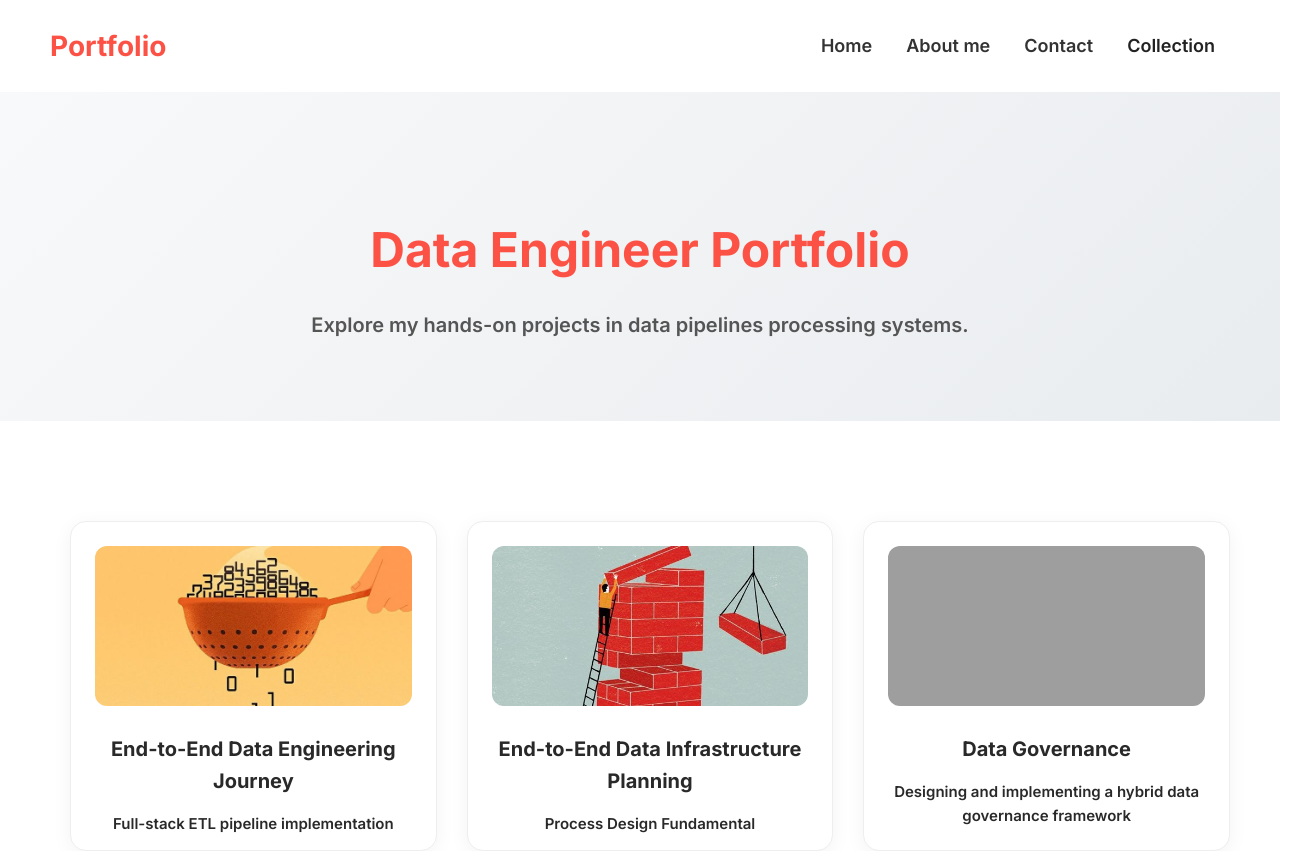
Repository: Wipas1919/Archive-portfolio
Page: projects/data-engineer.html
An editor plug-in stored every save of this project. The page is shown before and after the next save, followed by the edit.
The browser window is 1280 px wide. The page is 1300 px wide, so the pictures cover 1300 px, including what lies to the right of the window. The pictures show the whole page.
Pictures or frames that could not be fetched are drawn as grey boxes.

Above is the page before, as saved 2025-06-01 20:51:40.

### projects/data-engineer.html
<!-- Cleaned and updated on 2025-05-25 -->
<!DOCTYPE html>
<html lang="en">
<head>
  <meta charset="UTF-8" />
  <meta name="viewport" content="width=device-width, initial-scale=1.0"/>
  <title>Data Engineer | Portfolio</title>
  <link href="https://fonts.googleapis.com/css2?family=Inter:wght@600;700&display=swap" rel="stylesheet">
  <link rel="stylesheet" href="../style/main.css">
  <style>
    body {
      font-family: 'Inter', sans-serif;
    }
    .cover {
      background: linear-gradient(135deg, #f8f9fa, #e9ecef);
      padding: 80px 20px;
      text-align: center;
    }
    .cover h1 {
      font-size: 48px;
      color: #fc5246;
      margin-bottom: 20px;
    }
    .cover p {
      font-size: 20px;
      color: #555;
      max-width: 700px;
      margin: 0 auto;
    }

    .project-cards h3 {
      text-align: center;
      font-size: 28px;
      margin-top: 60px;
      margin-bottom: 30px;
    }

    .card-grid {
      display: grid;
      grid-template-columns: repeat(auto-fit, minmax(280px, 1fr));
      gap: 30px;
      padding: 0 20px;
    }

    .card {
      display: block;
      background: #fff;
      border-radius: 16px;
      box-shadow: 0 4px 20px rgba(0, 0, 0, 0.05);
      padding: 24px;
      text-align: center;
      transition: transform 0.3s;
      text-decoration: none !important;
      color: inherit !important;
      cursor: pointer;
    }

    .card:hover {
      transform: translateY(-5px);
    }

    .card img {
      width: 100%;
      height: 160px;
      object-fit: cover;
      border-radius: 12px;
      margin-bottom: 16px;
    }

    .card h4 {
      font-size: 20px;
      margin-bottom: 8px;
      color: #222;
    }

    .card p {
      color: #666;
      font-size: 15px;
    }

    /* Make sure visited or active links do not change color or show underline */
    .card:visited,
    .card:hover,
    .card:focus,
    .card:active,
    .card *,
    .card *:visited,
    .card *:hover,
    .card *:focus,
    .card *:active {
      color: inherit !important;
      text-decoration: none !important;
    }

    .dropdown-wrapper {
      position: relative;
      display: inline-block;
    }

    .dropbtn {
      font-weight: 600;
      cursor: pointer;
      color: #222;
      text-decoration: none;
      margin-left: 15px;
    }

    .dropdown-content {
      display: none;
      position: absolute;
      top: 100%;
      right: 0;
      background-color: #ffffff;
      min-width: 220px;
      border-radius: 12px;
      box-shadow: 0 10px 25px rgba(0, 0, 0, 0.08);
      overflow: hidden;
      padding: 10px 0;
      z-index: 999;
    }

    .dropdown-wrapper:hover .dropdown-content {
      display: block;
    }

    .dropdown-content a {
      display: block;
      padding: 12px 20px;
      color: #222;
      text-decoration: none;
      font-size: 15px;
      transition: background-color 0.2s ease, color 0.2s ease;
    }

    .dropdown-content a:hover {
      background-color: #eaeaea;
      color: #fd3a2d;
    }
  </style>
</head>
<body>
  <div id="page-loader"><div class="spinner"></div></div>

  <header>
    <div class="container">
      <h1 class="logo" style="font-family: 'Inter', sans-serif; font-weight: 700; font-size: 28px; color: #fc5246;">Portfolio</h1>
      <nav class="nav-right">
        <a href="../index.html">Home</a>
        <a href="../index.html#about">About me</a>
        <a href="../index.html#contact">Contact</a>
        <div class="dropdown-wrapper">
          <a href="#" class="dropbtn">Collection</a>
          <div class="dropdown-content">
            <a href="data-engineer.html">Data Engineer</a>
            <a href="business-analysis.html">Business Analysis</a>
            <a href="bi-solutions.html">Business Intelligent</a>
            <a href="strategic-data.html">Data-Driven</a>
            <a href="cloud-cert.html">Certification</a>
            <a href="data-integration.html">Data Product</a>
          </div>
        </div>
      </nav>
    </div>
  </header>

  <!-- Cover / Hero Section -->
  <section class="cover">
    <h1>Data Engineer Portfolio</h1>
    <p>Explore my hands-on projects in data pipelines processing systems.</p>
  </section>

  <!-- Project Cards Section -->
  <section class="project-cards container" id="project-cards">
    <div class="card-grid" id="card-container"></div>
  </section>

  <script>
    const cardsContainer = document.getElementById("card-container");
    const projectId = "data-engineer";

    fetch("../data/projects.json")
      .then(res => res.json())
      .then(data => {
        const p = data[projectId];
        if (!p || !p.projects?.length) {
          cardsContainer.innerHTML = "<p>No projects found.</p>";
          return;
        }
        cardsContainer.innerHTML = p.projects.map(proj => `
          <a href="project.html?id=${proj.slug}" class="card">
            <img src="${proj.image}" alt="${proj.title}" />
            <h4>${proj.title}</h4>
            <p>${proj.description}</p>
          </a>
        `).join("");
      })
      .catch(err => {
        cardsContainer.innerHTML = "<p>Error loading data.</p>";
        console.error(err);
      });
  </script>
</body>
</html>

### style/main.css
/* ตั้งค่าพื้นฐาน */
body {
  margin: 0;
  font-family: 'Poppins', sans-serif;
  background: #ffffff;
  color: #292929;
  line-height: 1.6;
  scroll-behavior: smooth;
  user-select: none;
  -webkit-user-select: none;
  -ms-user-select: none;
}

img {
  max-width: 100%;
  height: auto;
  display: block;
}

.container {
  width: 100%;
  max-width: 1200px;
  margin: 0 auto;
  padding: 0 50px; /* เพิ่ม padding ด้านข้าง */
}

@media screen and (max-width: 767px) {
  .container { padding: 0 16px; }
  .hero h2 { font-size: 36px; }
  .hero p { font-size: 18px; }
  .card-grid { grid-template-columns: 1fr; }
  nav a { font-size: 14px; }
  .hero-content { flex-direction: column; }
  .about-image img { width: 100%; }
}

@media screen and (min-width: 768px) and (max-width: 1024px) {
  .hero h2 { font-size: 48px; }
  .card-grid { grid-template-columns: repeat(2, 1fr); }
}

@media screen and (max-width: 480px) {
  h2, .section-title { font-size: 28px; }
  .hero h2 { font-size: 28px; }
  .hero p, .section-description, .about-text p, .card p { font-size: 16px; }
  .btn { padding: 10px 20px; font-size: 16px; }
}

/* Navbar */
header {
  background: #fff;
  padding: 5px 0;
  display: flex;
  justify-content: space-between;
  align-items: center;
  border-bottom: 0px solid #eee;
  position: sticky;
  top: 0;
  z-index: 100;
}

header .container {
  display: flex;
  align-items: center;
  justify-content: space-between;
}

.logo {
  font-family: 'Poppins', serif;
  font-size: 30px;
  color: #fc5246;
}

nav a {
  margin: 0 15px;
  color: #333;
  text-decoration: none;
  font-weight: 600;
  font-size: 18px;
}

nav a:hover {
  color: #fd3a2d;
}

/* ปุ่มหลักของเมนู dropdown */
.dropdown-wrapper {
  position: relative;
  display: inline-block;
}

.dropbtn {
  font-weight: 600;
  cursor: pointer;
  color: #222;
  transition: color 0.3s ease;
}

.dropbtn:hover {
  color: #fd3a2d;
}

/* เมนูที่แสดงเมื่อ hover */
.dropdown-content {
  display: none;
  position: absolute;
  top: 100%;
  right: 0;
  background-color: #ffffff;
  min-width: 220px;
  border-radius: 12px;
  box-shadow: 0 10px 25px rgba(0, 0, 0, 0.08);
  overflow: hidden;
  padding: 10px 0;
  z-index: 999;
}

/* แสดงเมื่อ hover */
.dropdown-wrapper:hover .dropdown-content {
  display: block;
}

/* ลิงก์ใน dropdown */
.dropdown-content a {
  display: block;
  padding: 12px 20px;
  color: #222;
  text-decoration: none;
  font-size: 15px;
  transition: background-color 0.2s ease, color 0.2s ease;
}

/* Hover effect ของลิงก์ */
.dropdown-content a:hover {
  background-color: #eaeaea;
  color: #fd3a2d;
}

.hero-animation {
  margin-top: 10px;
  display: flex;
  justify-content: right;
}

/* Hero Section */
.hero {
  position: relative;
  height: 60vh;
  display: flex;
  align-items: center;
  justify-content: center;
  flex-direction: column;
  text-align: center;
  background: #000000;
  color: #ffffff;
}

#hero-background {
  position: absolute;
  top: 0;
  left: 0;
  width: 100%;
  height: 100%;
  z-index: 0;
}

.hero-content {
  position: relative;
  z-index: 1;
  width: 100%;
  max-width: 1200px;
  padding-left: 5vw;
  padding-right: 5vw;
  text-align: left;
  align-items: flex-start;
}

.hero h2 {
  font-size: 60px;
  margin-bottom: 10px;
  line-height: 1.2;
  color: #ececec;
}

.hero p {
  font-size: 30px;
  margin-bottom: 30px;
  color: #ececec;
}

.btn, .hero .btn {
  display: inline-block;
  background: #fd3a2d;
  color: #fff;
  padding: 14px 36px;
  border-radius: 30px;
  text-decoration: none;
  font-weight: bold;
  font-size: 18px;
  transition: background 0.3s;
}

.btn:hover, .hero .btn:hover {
  background: #252525;
}

/* Sections */
section {
  padding: 100px 0;
  text-align: center;
}

/* About Section */
.about-grid {
  display: flex;
  align-items: center;
  justify-content: center;
  gap: 50px;
  flex-wrap: wrap;
}

.about-image img {
  width: 500px;
  height: auto;
  object-fit: cover;
  border-top-left-radius: 0;
  border-top-right-radius: 0;
  border-bottom-left-radius: 200px;
  border-bottom-right-radius: 200px;
}

.about-text {
  max-width: 500px;
  text-align: left;
}

.about-text h2 {
  margin-bottom: 20px;
}

.about-text p {
  font-size: 18px;
  color: #666;
}

/* Timeline */
.timeline-item {
  position: relative;
  margin-bottom: 30px;
}

.timeline-dot {
  width: 14px;
  height: 14px;
  background-color: #fd3a2d;
  border-radius: 50%;
  position: absolute;
  left: -8px;
  top: 0;
}

.timeline-content {
  margin-left: 20px;
}

.timeline-content h4 {
  margin: 0;
  font-size: 18px;
  color: #333;
  font-weight: 600;
}

.timeline-content p {
  margin: 5px 0 0;
  font-size: 16px;
  color: #666;
}

/* Projects Section */
#projects {
  margin-bottom: 10px;
}

.card-grid {
  display: grid;
  grid-template-columns: repeat(3, 1fr); /* สำคัญ: 3 คอลัมน์ */
  gap: 20px;
  margin-top: 100px;
}


.card {
  background: #ffffff;
  padding: 30px;
  border-radius: 12px;
  max-height: 280px;
  text-align: center;
  transition: box-shadow 0.3s;
  border: 1px solid #eee;
}

.card:hover {
  box-shadow: 0 8px 20px rgba(0, 0, 0, 0.1);
}

.card-icon img {
  width: 40px;
  height: 40px;
  margin-bottom: 20px;
}

.card h3 {
  font-size: 18px;
  margin-bottom: 15px;
  color: #333;
}

.card p {
  font-size: 16px;
  color: #666;
}

/* Contact Section */
.contact {
  background: rgba(255, 255, 255, 0.5); /* 1 = โปร่งแสง 50% */
  text-align: center;
}

.section-subtitle {
  text-transform: uppercase;
  font-size: 18px;
  letter-spacing: 1.5px;
  color: #4e4e4e;
  margin-bottom: 10px;
}

h2 {
  font-size: 36px;
  color: #292929
}


.section-title {
  font-size: 36px;
  margin-bottom: 10px;
  color: #2e2e2e;
}

.section-description {
  font-size: 18px;
  margin-bottom: 40px;
  color: #4e4e4e;
}

.contact-grid {
  display: grid;
  grid-template-columns: repeat(auto-fit, minmax(280px, 1fr));
  gap: 20px;
  margin-top: 40px;
}

.contact-card.glass {
  background: rgba(255, 255, 255, 0.15);
  backdrop-filter: blur(12px);
  -webkit-backdrop-filter: blur(12px);
  border-radius: 20px;
  padding: 24px;
  border: 1px solid rgba(255, 255, 255, 0.3);
  box-shadow: 0 8px 32px rgba(0, 0, 0, 0.1);
  transition: transform 0.3s ease, box-shadow 0.3s ease;
  text-align: center;
}

.contact-card.glass:hover {
  transform: scale(1.05);
  box-shadow: 0 12px 28px rgba(0, 0, 0, 0.15);
}

.contact-icon {
  display: flex;
  flex-direction: column;
  align-items: center;
  justify-content: center; /* 🔥 เพิ่มบรรทัดนี้เพื่อจัดไอคอนแนวดิ่ง */
  height: 100px; /* ✅ ปรับความสูงให้เหมาะสม */
  margin-bottom: 12px;
}


.contact-icon img {
  width: 48px;
  height: 48px;
  margin-bottom: 12px;
  transition: transform 0.3s ease;
}

.contact-card.glass:hover .contact-icon img {
  transform: scale(1.15);
}

/* Footer */
footer {
  background: #f5f5f5;
  padding: 20px 0;
  font-size: 14px;
  color: #4d4d4d;
}

.footer-container {
  display: flex;
  justify-content: space-between;
  align-items: center;
  flex-wrap: wrap;
}

.social-links {
  display: flex;
  gap: 20px;
}

.social-links a img {
  width: 30px;
  height: 30px;
  transition: transform 0.3s ease;
}

.social-links a img:hover {
  transform: scale(1.2);
}

#hero-background {
  position: absolute;
  top: 0;
  left: 0;
  height: 100%;
  width: 100%;
  z-index: 0;
  overflow: hidden;
}
.hero-content {
  position: relative;
  z-index: 1;
}

/* animation-data */
.hero-content {
  display: flex;
  justify-content: space-between;
  align-items: center;
  flex-wrap: wrap;
  gap: 40px;
}

.hero-text {
  flex: 1 1 55%;
}

.hero-animation {
  flex: 1 1 40%;
  display: flex;
  justify-content: center;
  align-items: center;
}

/* ===== Page Loader & Smooth Scroll ===== */
html{scroll-behavior:smooth;}

#page-loader{
  position:fixed;inset:0;display:grid;place-items:center;
  background:#ffffff;z-index:9999;opacity:1;
  transition:opacity .0.5s ease;
}
#page-loader .spinner{
  width:32px;height:32px;border:4px solid #e5e5e5;
  border-top-color:#ff694b;border-radius:50%;
  animation:spin .8s linear infinite;
}
@keyframes spin{to{transform:rotate(360deg)}}

body.loaded #page-loader{opacity:0;pointer-events:none;}
body.fade-out{opacity:0;transition:opacity .0.5s ease;}

@keyframes hideLoaderFallback{to{opacity:0;pointer-events:none;}}
#page-loader{animation:hideLoaderFallback 0.5s forwards 0.5s;}



/* ====  Reusable Card Component  ================================== */
.card {
  background: #ffffff;
  border: 1px solid #eee;
  border-radius: 12px;
  padding: 24px;
  text-align: center;
  box-shadow: 0 4px 12px rgba(0,0,0,.05);
  transition: transform .3s ease, box-shadow .3s ease;
}
.card:hover {
  transform: translateY(-6px);
  box-shadow: 0 12px 25px rgba(0,0,0,.1);
}

.card__icon{
  display:flex;
  flex-direction:column;
  align-items:center;
  justify-content:center;
  height:100px;
  margin-bottom:12px;
}
.card__icon img{
  width:48px;
  height:48px;
  transition: transform .3s ease;
}
.card:hover .card__icon img{
  transform:scale(1.15);
}

/* Variant – project card (clickable) */
.card--project{cursor:pointer;}

/* Variant – glassmorphism contact card */
.card--glass{
  background: rgba(255,255,255,.15);
  backdrop-filter: blur(12px);
  -webkit-backdrop-filter: blur(12px);
  border: 1px solid rgba(255,255,255,.3);
  box-shadow: 0 8px 32px rgba(0,0,0,.1);
}

/* Grids */

.card-grid--contact{
  display:grid;
  grid-template-columns: repeat(auto-fit,minmax(280px,1fr));
  gap:20px;
  margin-top:40px;
}

/* Remove legacy duplicate styles */
.contact-card, .contact-card.glass, .glass-card{
}/* project */

.project-blog {
  max-width: 800px;
  margin: 80px auto;
  padding: 0 20px;
  font-family: 'Inter', sans-serif;
}

.project-blog h1 {
  font-size: 36px;
  font-weight: 700;
  margin-bottom: 20px;
  text-align: center;
  color: #222;
}

.project-blog .tag {
  display: inline-block;
  background: #eeeeee;
  color: #333;
  padding: 6px 12px;
  margin: 0 8px 20px 0;
  border-radius: 20px;
  font-size: 14px;
}

.project-blog p {
  font-size: 18px;
  color: #444;
  line-height: 1.7;
  margin-bottom: 24px;
}

.project-blog img {
  width: 100%;
  border-radius: 10px;
  margin: 30px 0;
  box-shadow: 0 8px 30px rgba(0,0,0,0.08);
}

/* button */
.back-float-btn {
  position: fixed;
  bottom: 30px;
  left: 50%;
  transform: translateX(-50%);
  background-color: #fc5246;
  color: white;
  padding: 10px 24px;
  font-size: 14px;
  border-radius: 30px;
  box-shadow: 0 4px 16px rgba(0, 0, 0, 0.1);
  cursor: pointer;
  z-index: 9999;
  text-align: center;
  font-family: 'Inter', sans-serif;
  transition: background 0.3s ease;
  width: auto;       /* ปรับให้ขนาดพอดีกับเนื้อหา */
  max-width: 200px;  /* จำกัดไม่ให้ปุ่มกว้างเกินไป */
}

.back-float-btn:hover {
  background-color: #e6483c;
}

@media (max-width: 768px) {
  .back-float-btn {
    padding: 9px 18px;
    font-size: 13px;
    bottom: 20px;
  }
/* ===== FINAL OVERRIDE ===== */
.contact-card a {
  color: inherit !important;
  text-decoration: none !important;
}

.contact-card a:visited {
  color: inherit !important;
  text-decoration: none !important;
}

.contact-card a:hover,
.contact-card a:focus,
.contact-card a:active {
  color: inherit !important;
  text-decoration: none !important;
}

/* ===== Card grid (Projects) enforce 3-column on desktop ===== */
@media (min-width: 1024px){
  .card-grid--projects{
    grid-template-columns: repeat(3, 1fr);
  }
}
/* 2 columns on tablets */
@media (min-width: 640px) and (max-width: 1023px){
  .card-grid--projects{
    grid-template-columns: repeat(2, 1fr);
  }
}
/* 1 column on small screens (default) */
}

/* ===== DESKTOP-ONLY MODE (CSS BLOCK) =====
   Hide entire site below 1024px width and show full-screen notice
--------------------------------------------------------------- */
@media (hover: none) and (pointer: coarse){
  /* Hide all real content */
  body > * { display: none !important; }

  /* Full-screen notice */
  body::before{
    content: "This site is designed for desktop browsers only.\A Please visit on a larger screen.";
    white-space: pre-line;
    position: fixed;
    inset: 0;
    background: #ffffff;
    color: #000000;
    padding: 40px 24px;
    display: flex;
    align-items: center;
    justify-content: center;
    font-family: "Poppins", sans-serif;
    font-size: 18px;
    line-height: 1.4;
    text-align: center;
    z-index: 99999;
  }

  /* Prevent horizontal scroll */
  html, body{ overflow: hidden; }
}

.project-blog strong {
  font-size: 1.4em;   /* 110 % ของขนาดปกติในย่อหน้านั้น */
  font-weight: 800;
}

### data/projects.json
{
  "data-engineer": {
    "projects": [
      {
        "title": "End-to-End Data Engineering Journey",
        "slug": "End-to-End Data Engineering Journey",
        "description": "Full-stack ETL pipeline implementation",
        "image": "/images/data-engineers.jpg"
      },
      {
        "title": "End-to-End Data Infrastructure Planning",
        "slug": "End-to-End Data Infrastructure Planning",
        "description": "Process Design Fundamental",
        "image": "/images/data-foundamatal.jpg"
      },
      {
        "title": "Data Governance",
        "slug": "Data Governance",
        "description": "Designing and implementing a hybrid data governance framework",
        "image": "/images/data-governance.jpg"
      }
    ]
  },
  "business-analysis": {
    "title": "Business Analysis",
    "description": "Transform data into insights for decision-making.",
    "image": "../images/ba.svg",
    "overview": "Analyzed survey and operational data to support marketing strategy.",
    "contributions": [
      "Designed data collection forms",
      "Used SQL & Power BI for analysis",
      "Presented insights to leadership"
    ],
    "tools": [
      "Excel",
      "SQL",
      "Power BI",
      "Survey Analysis"
    ],
    "impact": "Helped increase campaign engagement by 30%",
    "projects": [
      {
        "title": "post-event analysis",
        "slug": "post-event analysis",
        "description": "Built interactive dashboards to monitor sentiment trends.",
        "image": "/images/post-event.png"
      },
      {
        "title": "New insights are cooking",
        "slug": "campaign-performance-analysis",
        "description": "preparing something worth the wait.",
        "image": "/images/upcoming-cover.png"
      },
      {
        "title": "New insights are cooking",
        "slug": "operational-kpi-tracking",
        "description": "preparing something worth the wait.",
        "image": "/images/upcoming-cover.png"
      }
    ]
  },
  "bi-solutions": {
    "title": "Business Intelligent",
    "projects": [
      {
        "title": "Dashboard Routine",
        "description": "Designed Power BI dashboard to visualize sales KPIs across regions.",
        "image": "/images/bi-routine-1.png",
        "slug": "bi-sales-performance"
      },
      {
        "title": "Dashboard Near-real time",
        "description": "Used data visualization to cluster customer segments based on behavior.",
        "image": "/images/bi-routine-2.png",
        "slug": "bi-customer-segmentation"
      },
      {
        "title": "KPI Overview",
        "description": "Built interactive dashboards to summarize high-level KPIs for executives.",
        "image": "/images/bi-routine-3.png",
        "slug": "bi-kpi-overview"
      }
    ]
  },
  "strategic-data": {
    "title": "Data-Driven",
    "projects": [
      {
        "title": "Assistant Speaker Trend Technoligies ",
        "description": "Developed a data-driven framework to analyze campaign performance across channels.",
        "image": "/images/bi-routine-4.jpg",
        "slug": "marketing-insight-framework"
      },
      {
        "title": "Power BI Training",
        "description": "Created visualizations from IoT sensor data to optimize event space usage.",
        "image": "/images/bi-routine-5.jpg",
        "slug": "event-analytics-dashboard"
      },
      {
        "title": "Coming Soon!",
        "description": "Designed end-to-end system for converting analytics into automated decisions.",
        "image": "/images/upcoming-cover.png",
        "slug": "decision-intelligence-system"
      }
    ]
  },
  "data-integration": {
    "title": "Data Product",
    "projects": [
      {
        "title": "Chat AI for web-event",
        "description": "Built backend pipeline to integrate chatbot logs into Datamart for insights.",
        "image": "/images/bi-routine-6.png",
        "slug": "chatbot-analytics-pipeline"
      },
      {
        "title": "Hr Recuddtor Macthing",
        "description": "Created dynamic reporting tool from MySQL and PostgreSQL for internal teams.",
        "image": "/images/upcoming-cover.png",
        "slug": "self-service-report-generator"
      },
      {
        "title": "Comming Soon!",
        "description": "Aggregated customer voice data into a single source for product decisions.",
        "image": "/images/upcoming-cover.png",
        "slug": "customer-feedback-hub"
      }
    ]
  },
  "cloud-cert": {
  "title": "Certification",
  "projects": [
    {
      "title": "Comming Soon!",
      "description": "Demonstrated foundational knowledge of GCP services and architecture.",
      "image": "/images/upcoming-cover.png",
      "slug": "gcp-certification"
    },
    {
      "title": "Comming Soon!",
      "description": "Comming Soon!",
      "image": "/images/upcoming-cover.png",
      "slug": "aws-certification"
    },
    {
      "title": "Comming Soon!",
      "description": "Comming Soon!",
      "image": "/images/upcoming-cover.png",
      "slug": "azure-certification"
    }
  ]
}
}

After the next save:
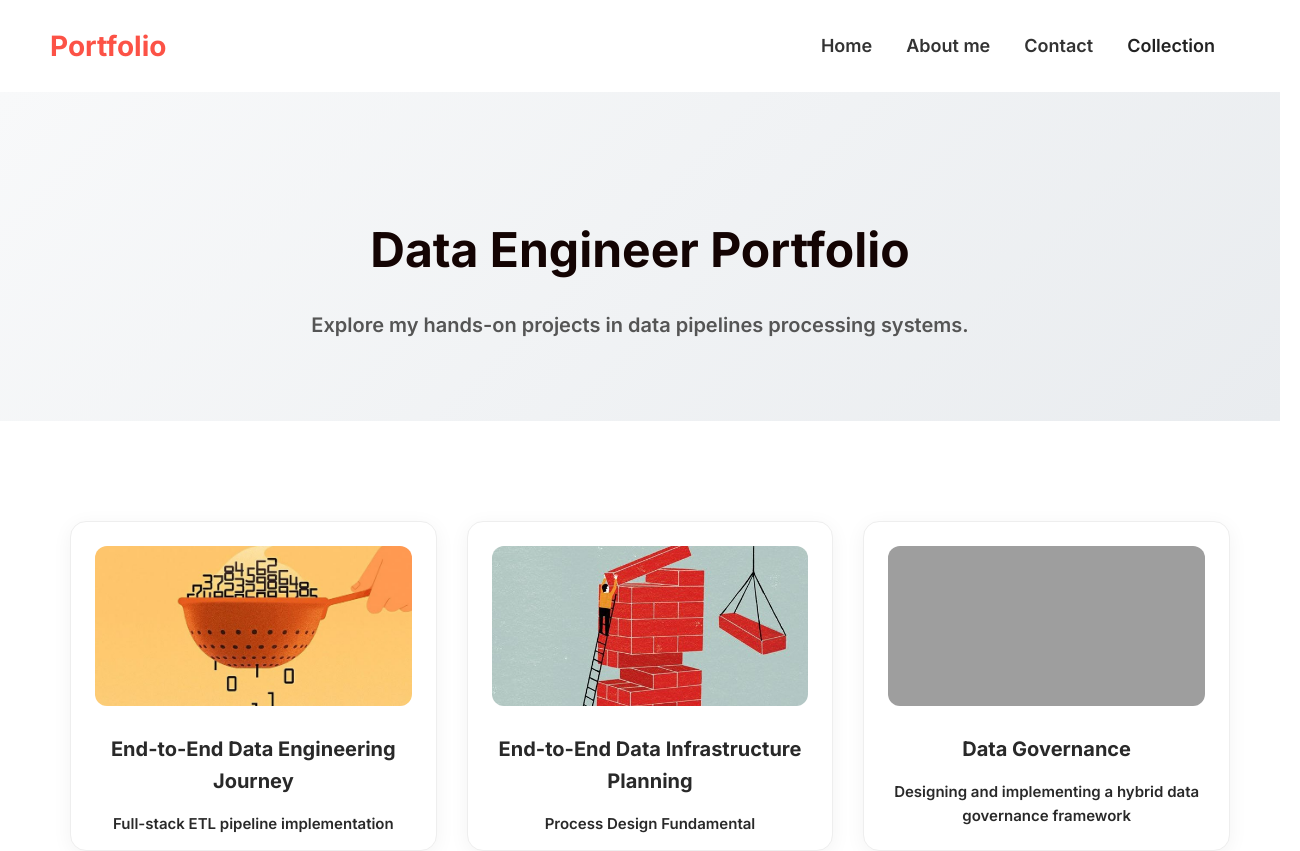
Saved 36 s later.
--- a/projects/data-engineer.html
+++ b/projects/data-engineer.html
@@ -18,7 +18,7 @@
     }
     .cover h1 {
       font-size: 48px;
-      color: #fc5246;
+      color: #140403;
       margin-bottom: 20px;
     }
     .cover p {
